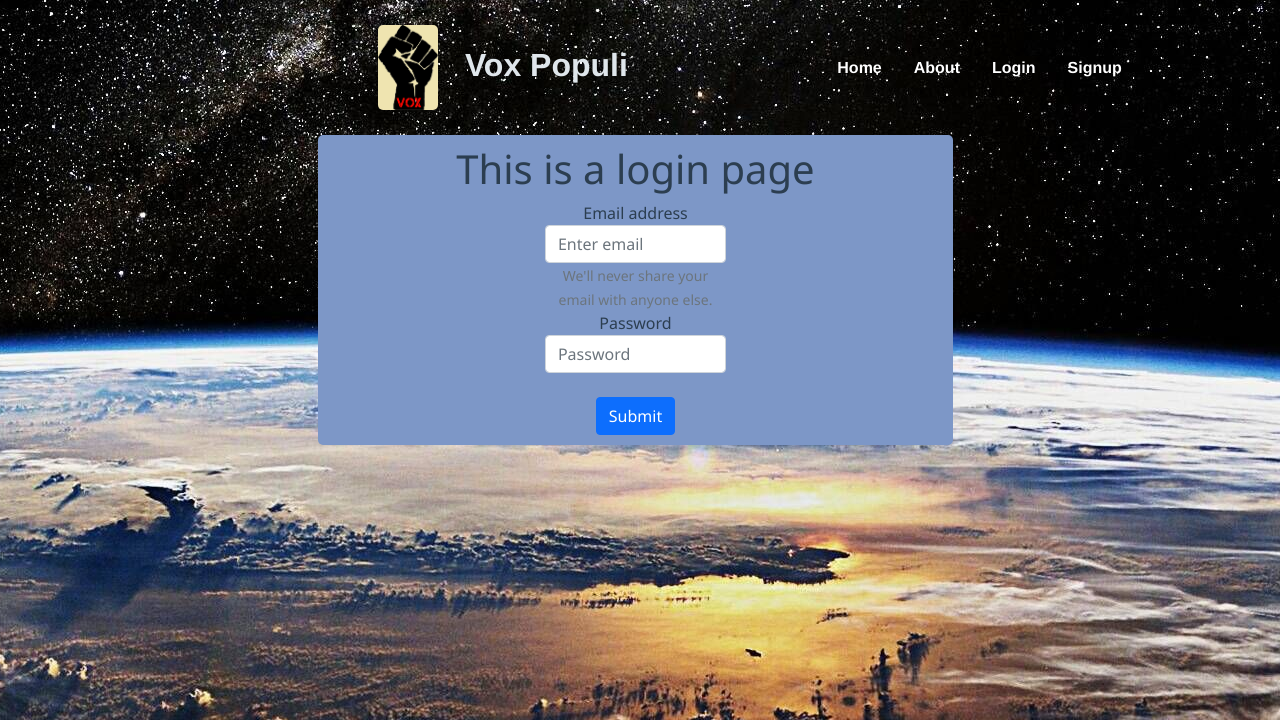
Repository: mseparov/vox-populi
Page: /login (app in vox-populi/)
These files come from the project's save history. The page is drawn as it stood at one moment and after the next save; the edit follows.
The browser window is 1280 px wide. The pictures show the whole page.
The project was rebuilt for these pictures with package versions that can differ from the ones it lists, and the page was loaded fresh each time. Also part of the build but not shown: vox-populi/src/components/NewsArticle.vue, vox-populi/src/views/Home.vue.

Above is the page before, as saved 2021-09-04 18:40:57.

After the next save:
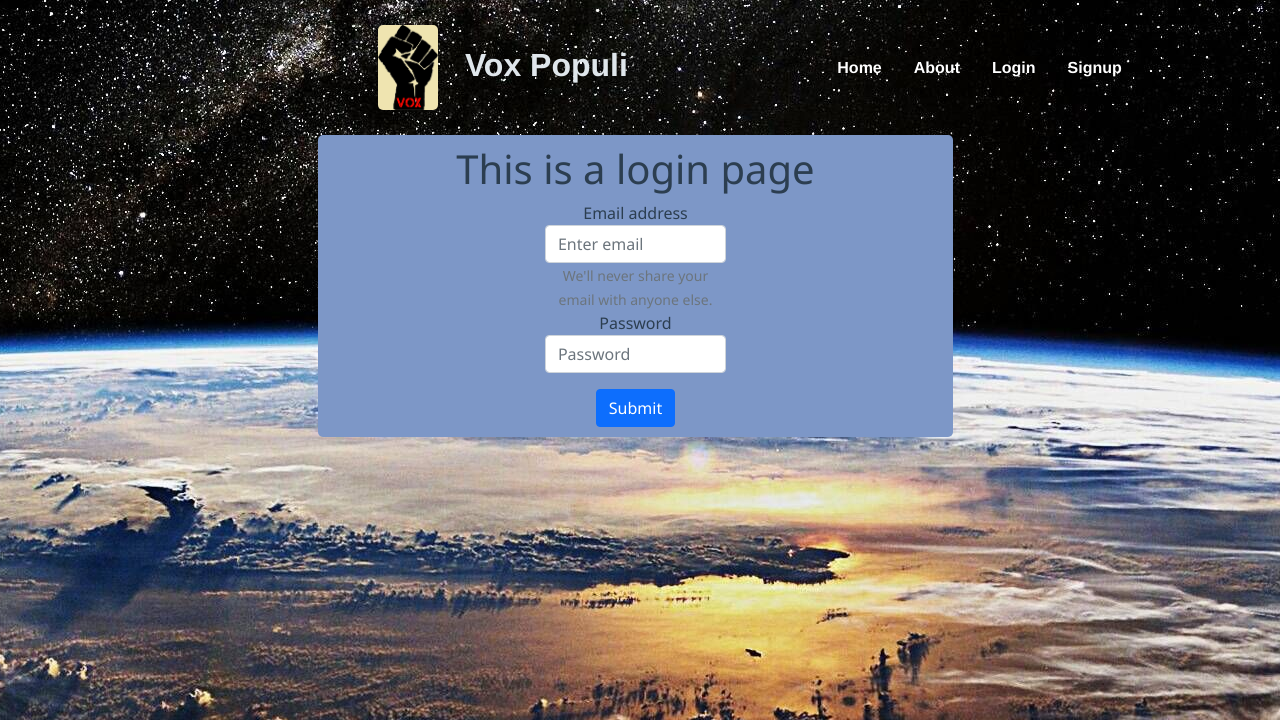
Saved 3 s later.
--- a/vox-populi/src/views/Login.vue
+++ b/vox-populi/src/views/Login.vue
@@ -15,7 +15,7 @@
     <label for="exampleInputPassword1">Password</label>
     <input type="password" class="form-control" id="exampleInputPassword1" placeholder="Password" />
     </div>
-    <button type="submit" class="btn btn-primary mt-4">Submit</button>
+    <button type="submit" class="btn btn-primary mt-3">Submit</button>
     </form>
     </div>
     <div class="col-sm"></div>
